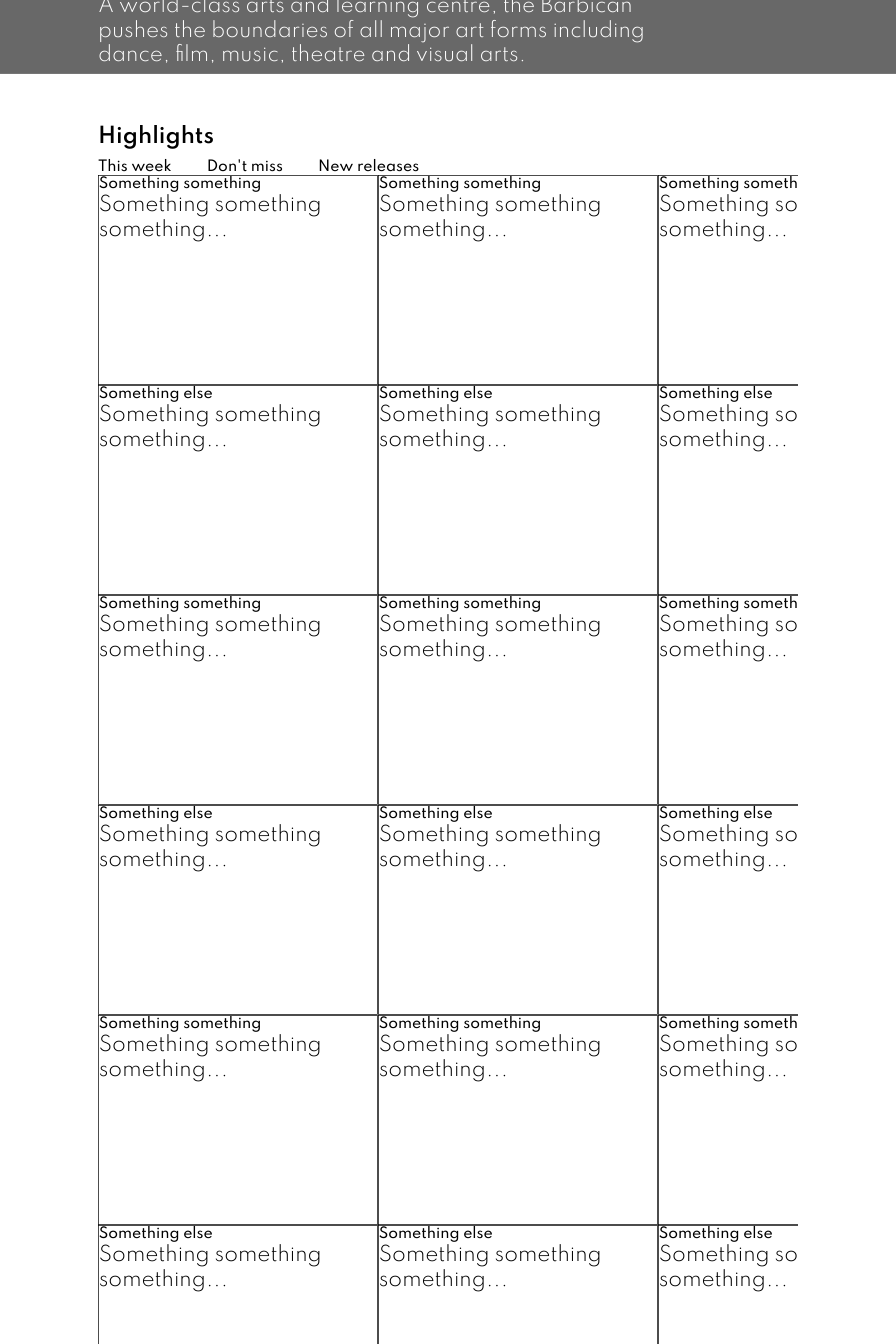
Repository: vvogt/fameworks_vv
Page: /
An editor plug-in stored every save of this project. The page is shown before and after the next save, followed by the edit.
The browser window is 1280 px wide. The pictures show the part of the page from y = 502 to 2422 px (the page is 2612 px tall), at 70% of full size.
Pictures or frames that could not be fetched are drawn as grey boxes. The project was rebuilt for these pictures with package versions that can differ from the ones it lists, and the page was loaded fresh each time. Also part of the build but not shown: src/components/NotFound.js. Imported but missing from the stored project, and not drawn on this page: src/assets/videos/seald_fullhd.mp4.

Above is the page before, as saved 2020-03-28 18:03:03.

After the next save:
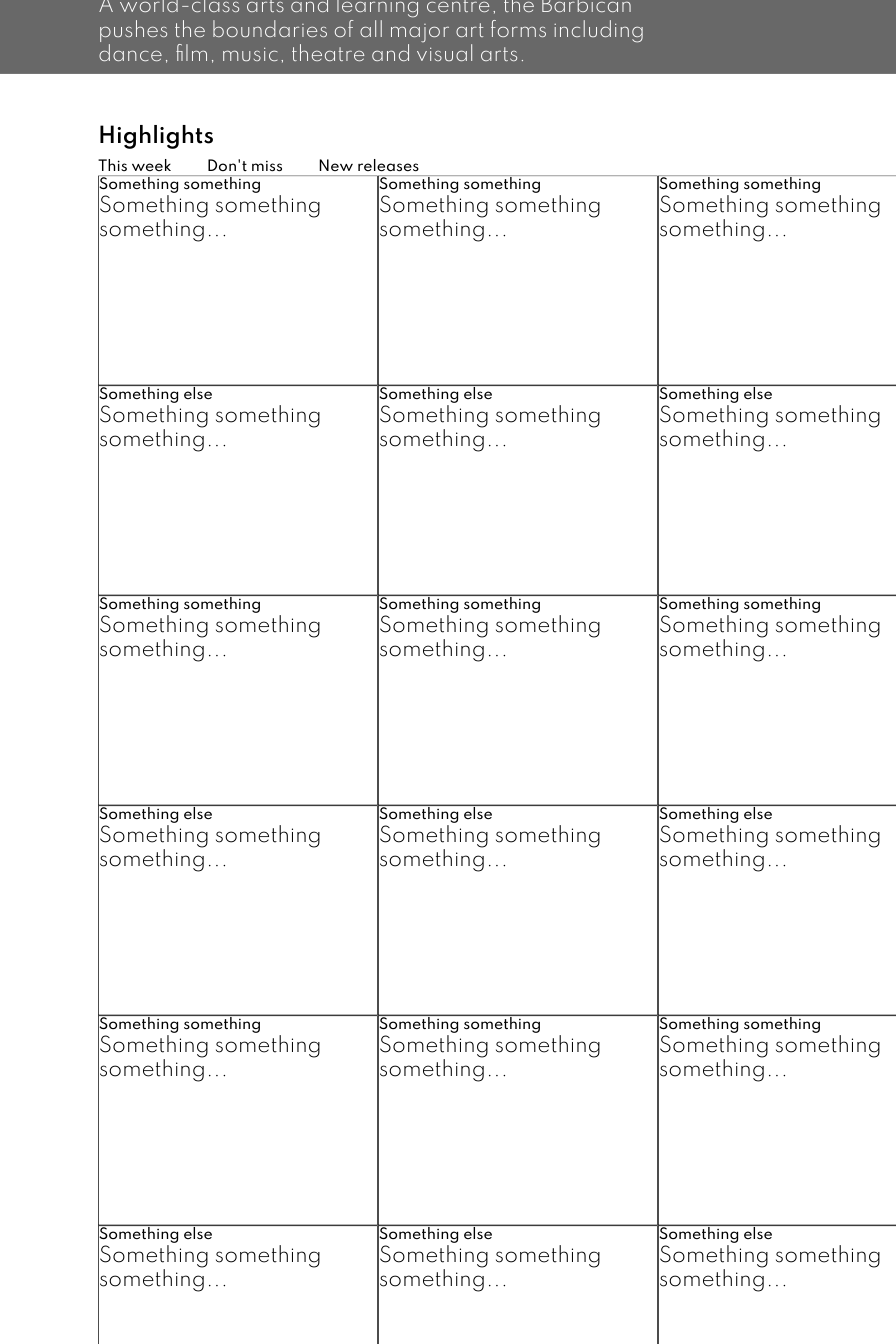
Saved 13 s later.
--- a/src/scss/_components.section.scss
+++ b/src/scss/_components.section.scss
@@ -4,7 +4,7 @@
    @include setLRPadding($padding_lr);
 
    .articlePreviews {
-      width: auto;
+      width: 300vw;
       ul {
          display: flex;
          overflow: scroll;

After the save that followed:
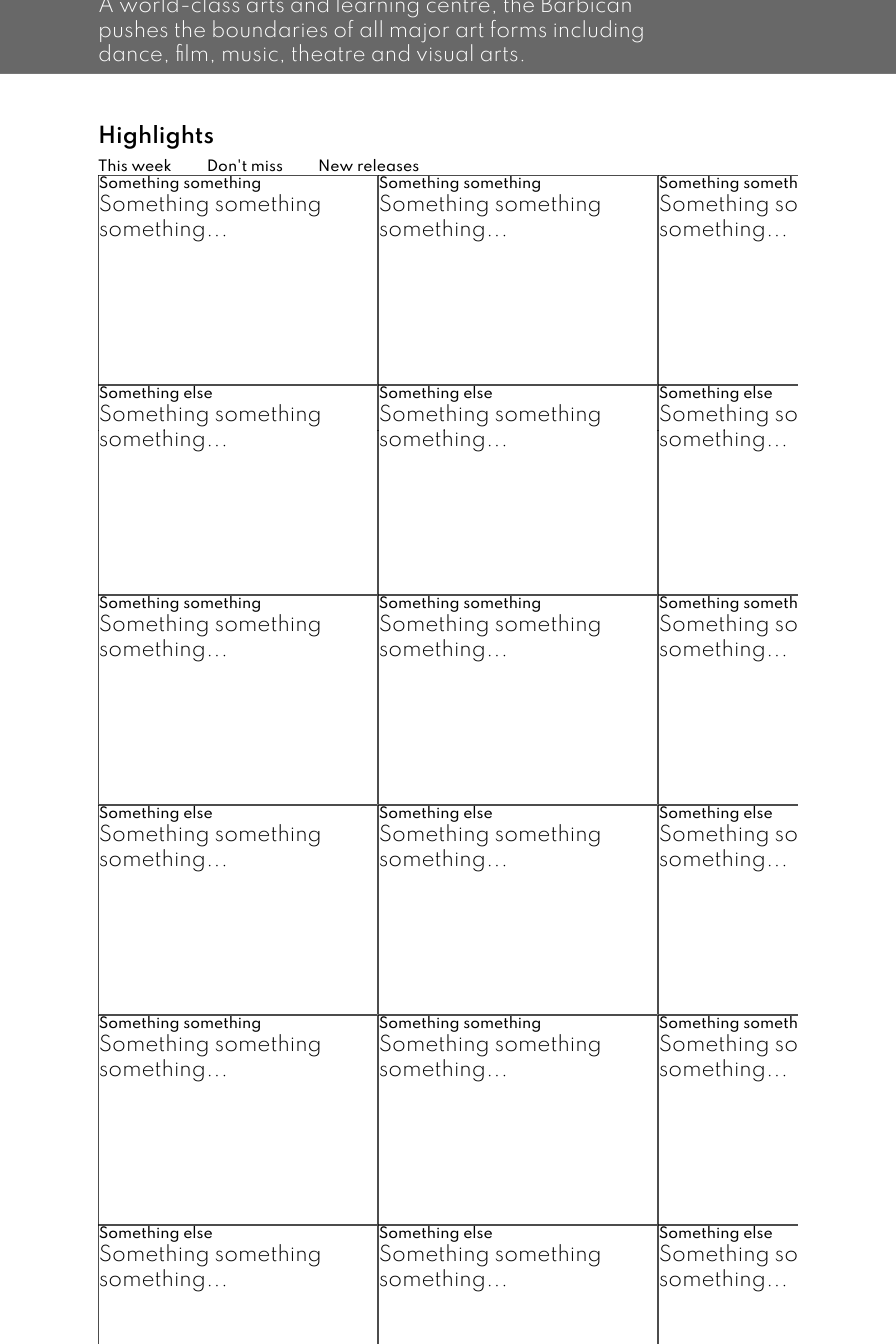
Saved 86 s later.
--- a/src/scss/_components.section.scss
+++ b/src/scss/_components.section.scss
@@ -4,7 +4,6 @@
    @include setLRPadding($padding_lr);
 
    .articlePreviews {
-      width: 300vw;
       ul {
          display: flex;
          overflow: scroll;
